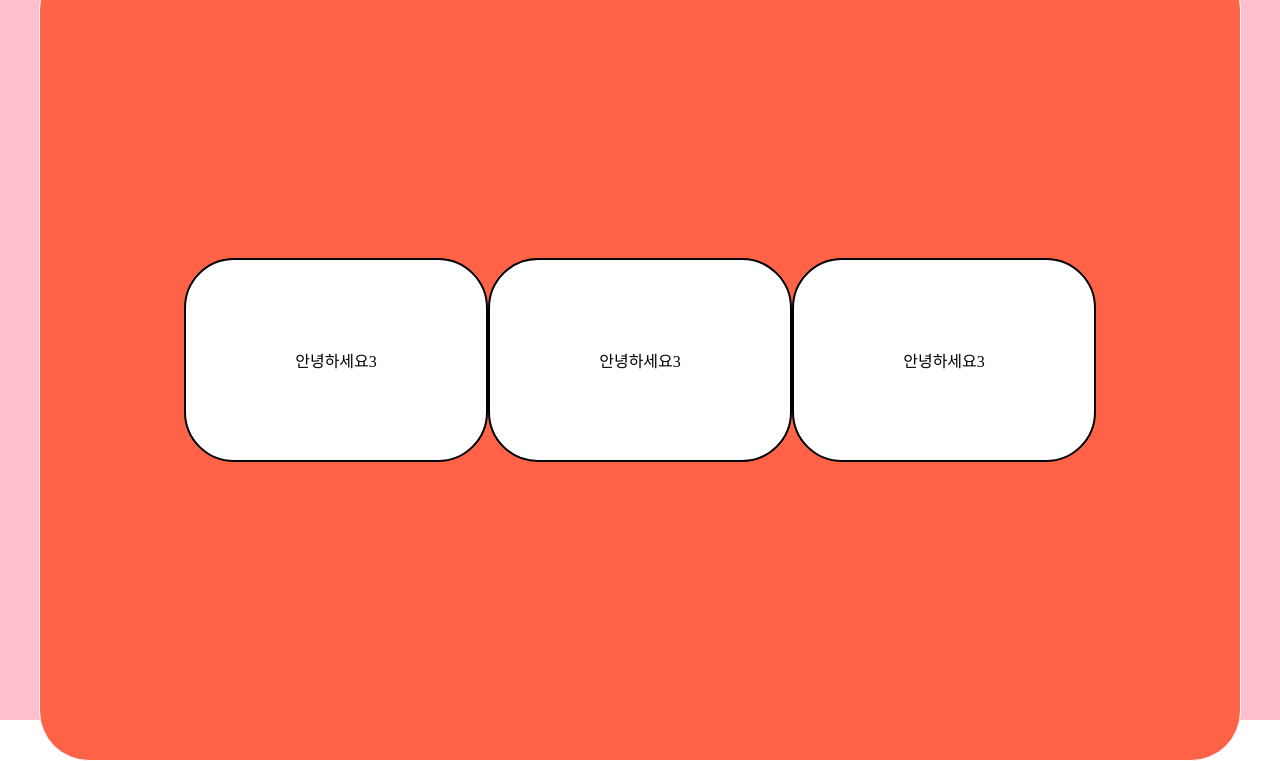
Repository: Devhyeongseon/Academy_Jsp
Page: http://localhost/MyBasic/user/DIV_Study.jsp
The author's editor kept a copy of each file at every save. The page is drawn from the files as they stood at one save, then again after the next save.
The browser window is 1280 px wide. The pictures show the whole page.
The page is served by Tomcat 9.

Above is the page before, as saved 2024-01-10 08:00:07.

After the next save:
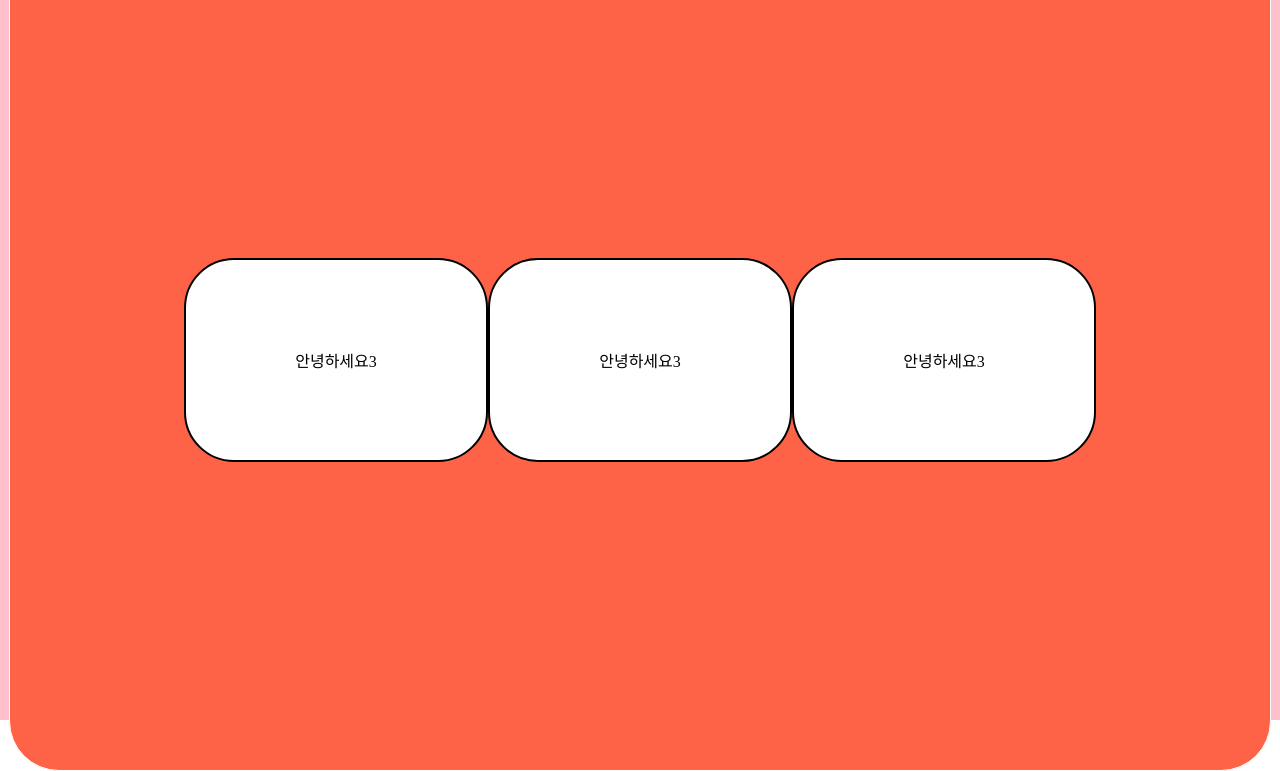
Saved 5 s later.
--- a/MyBasic/src/main/webapp/user/DIV_Study.jsp
+++ b/MyBasic/src/main/webapp/user/DIV_Study.jsp
@@ -36,6 +36,9 @@ html, body {
 	background: tomato;
 	border: 1px solid white;
     border-radius: 50px;
+    padding: 10px 30px;
+
+
 
     display : flex;
     justify-content : center;
